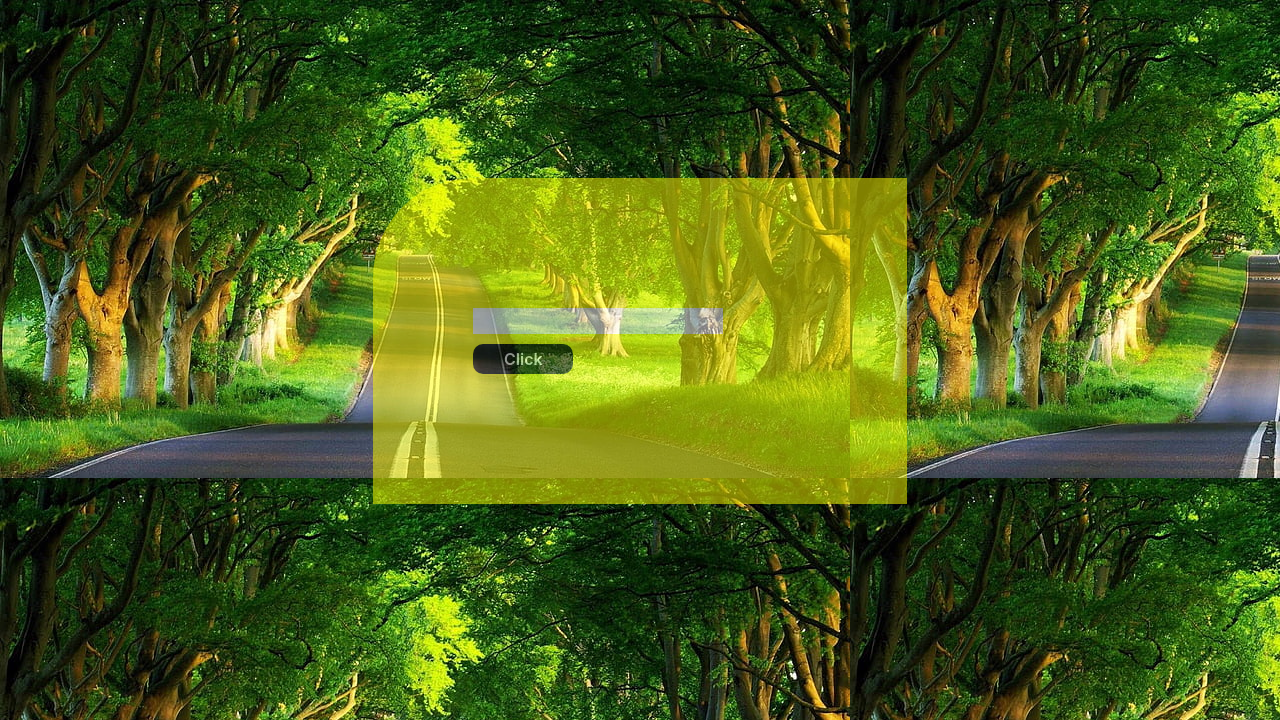
Repository: prashantkumarbind/Hospital-Weather-Concept
Page: http://localhost/weather-app/
The author's editor kept a copy of each file at every save. The page is drawn from the files as they stood at one save, then again after the next save.
The browser window is 1280 px wide. The pictures show the whole page.
The page is served by Tomcat 9. Other server files are loaded and not shown.

Above is the page before, as saved 2024-01-19 07:42:18.

### weather-app/src/main/webapp/index.jsp
<%@ page language="java" contentType="text/html; charset=ISO-8859-1"
    pageEncoding="ISO-8859-1"%>
<!DOCTYPE html>
<html>
<head>
<meta charset="ISO-8859-1">
<meta charset="utf-8">
<meta name="viewport" content="width=device-width, initial-scale=1, shrink-to-fit=no">
<link rel="stylesheet" href="https://cdn.jsdelivr.net/npm/bootstrap@4.6.2/dist/css/bootstrap.min.css">
<title>weather app</title>
<style>
	body{
		 background-image: url("img/we3.jpg");
	}
	.controller{
		margin-top:130px;
		background-color:yellow;
		padding:130px 100px;
		opacity: 0.50;
		border-top-left-radius:100px;
	}
	.button-design{
		color:white;
		background-color:black;
		margin-top:10px;
		text-align: center;
		justify-content:end;
		width:100px;
		border-radius:10px;
		font-weight:600;
		border:none;
		height:30px;
	}
	.button-design:hover{
		background-color:green;
		color:red;
	}
	.text-design{
		border:none;
		width:250px;
	}
</style>
</head>
<body>

		<section class="form-top-header header-top mt-5">
			<div class="container-fluid">
				<div class="row justify-content-center">
					<div class="col-5 form controller ">
						<form action="FormDataController" method="Post">
							 <div class="form-design">
							 	<input class="text-design" type="text" name="city_name">
							 	<input class="button-design" type="submit" value="Click">
							 </div>
						</form>
					</div>
				</div>
			</div>
		</section>

 <!-- <script src="https://cdn.jsdelivr.net/npm/jquery@3.5.1/dist/jquery.slim.min.js"></script>
 <script src="https://cdn.jsdelivr.net/npm/bootstrap@4.6.2/dist/js/bootstrap.bundle.min.js"></script>
 -->
</body>
</html>

After the next save:
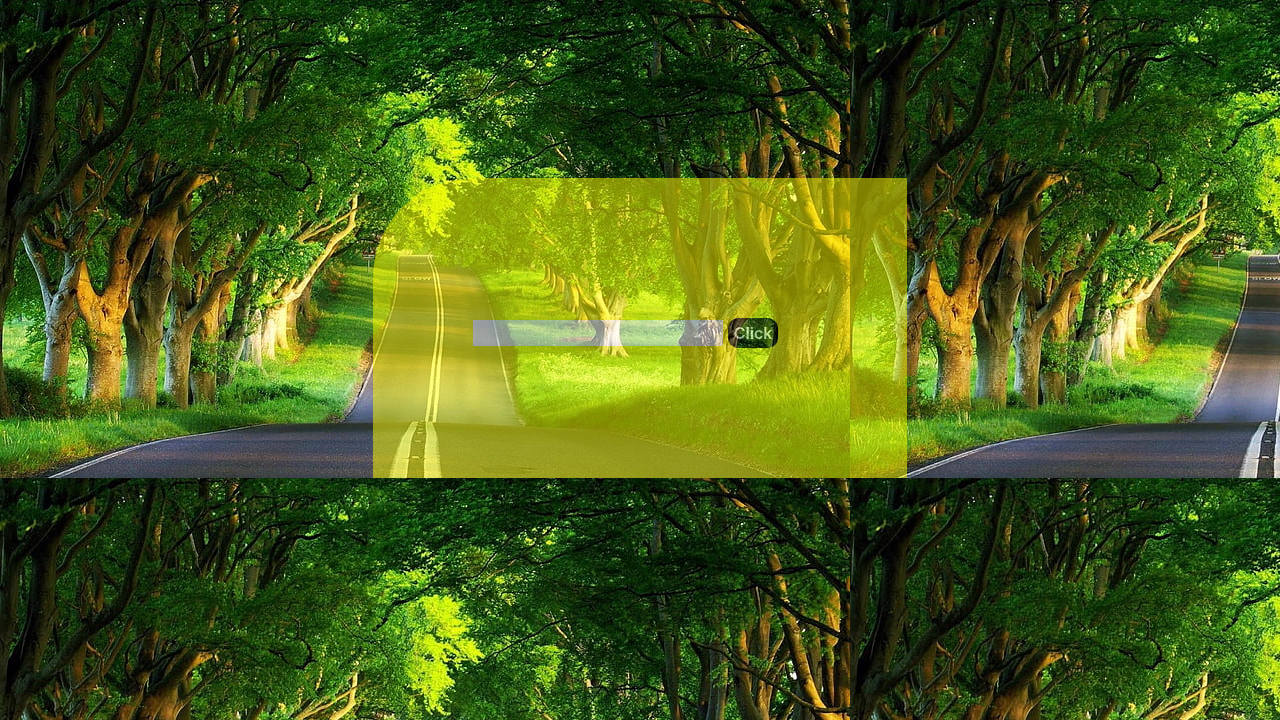
Saved 8 s later.
--- a/weather-app/src/main/webapp/index.jsp
+++ b/weather-app/src/main/webapp/index.jsp
@@ -25,7 +25,7 @@
 		margin-top:10px;
 		text-align: center;
 		justify-content:end;
-		width:100px;
+		width:50px;
 		border-radius:10px;
 		font-weight:600;
 		border:none;
